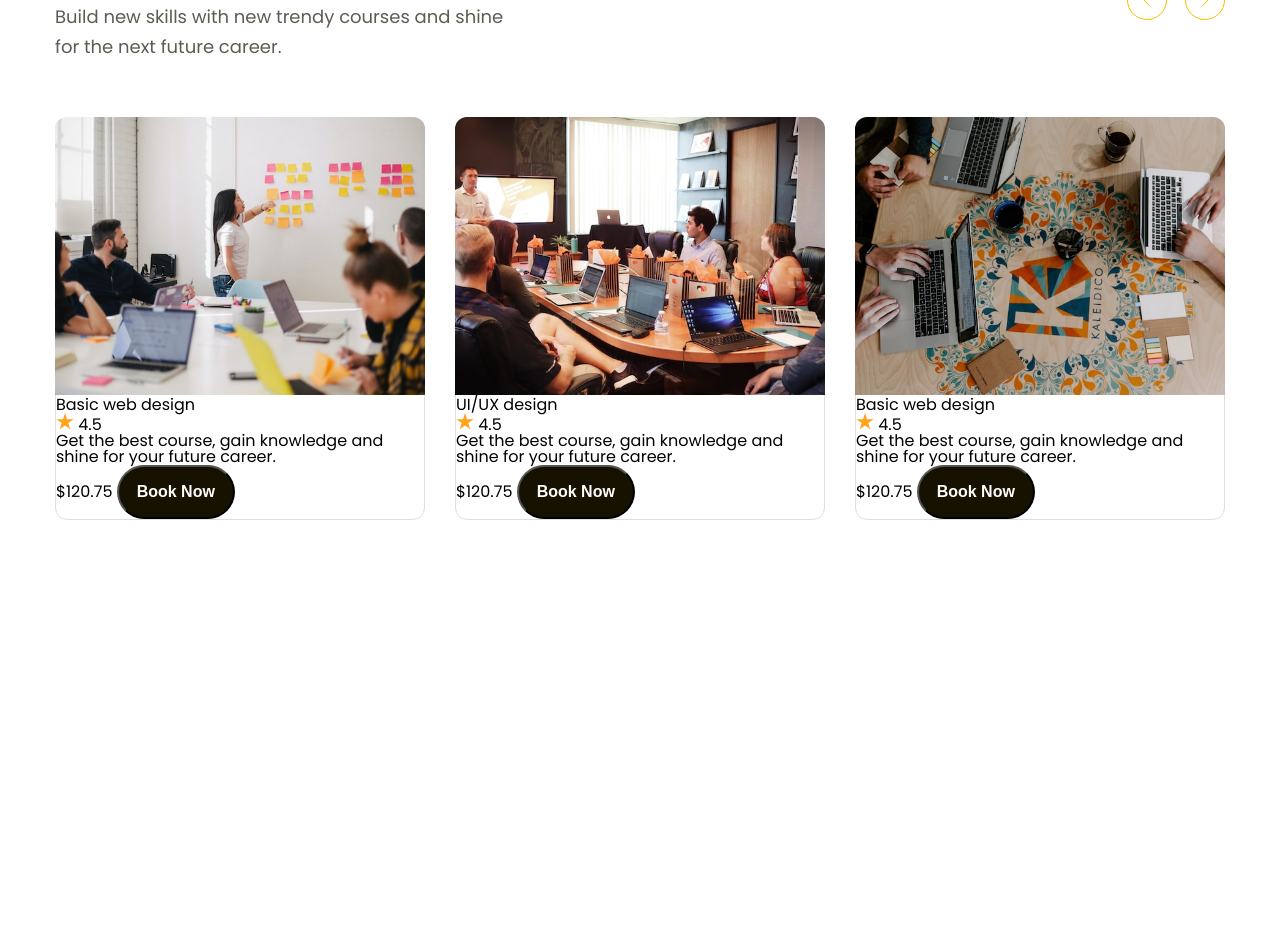
Repository: ynguyen1512/htmlcss-project-02
Page: index.html
An editor plug-in stored every save of this project. The page is shown before and after the next save, followed by the edit.
The browser window is 1280 px wide. The pictures show the part of the page from y = 1162 to 2114 px (the page is 5000 px tall).
A picture or video elsewhere on the page could not be fetched, so the positions and the page height are approximate.

Above is the page before, as saved 2023-02-20 22:49:03.

After the next save:
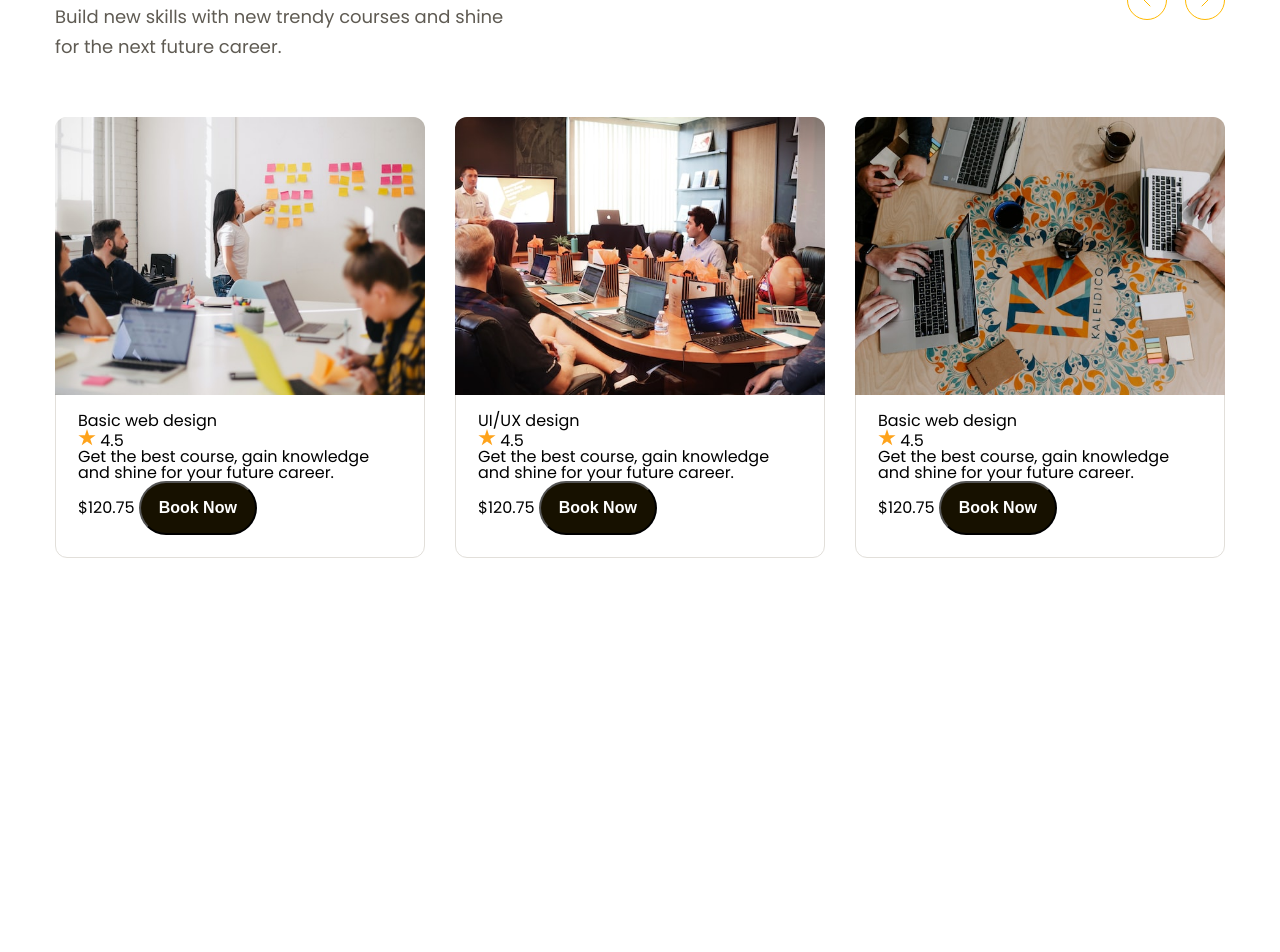
Saved 54 s later.
--- a/assets/css/style.css
+++ b/assets/css/style.css
@@ -335,3 +335,7 @@ a {
     object-fit: cover;
     border-radius: 12px 12px 0px 0px;
 }
+
+.popular .course-item .info {
+    padding: 16px 22px 22px;
+}
